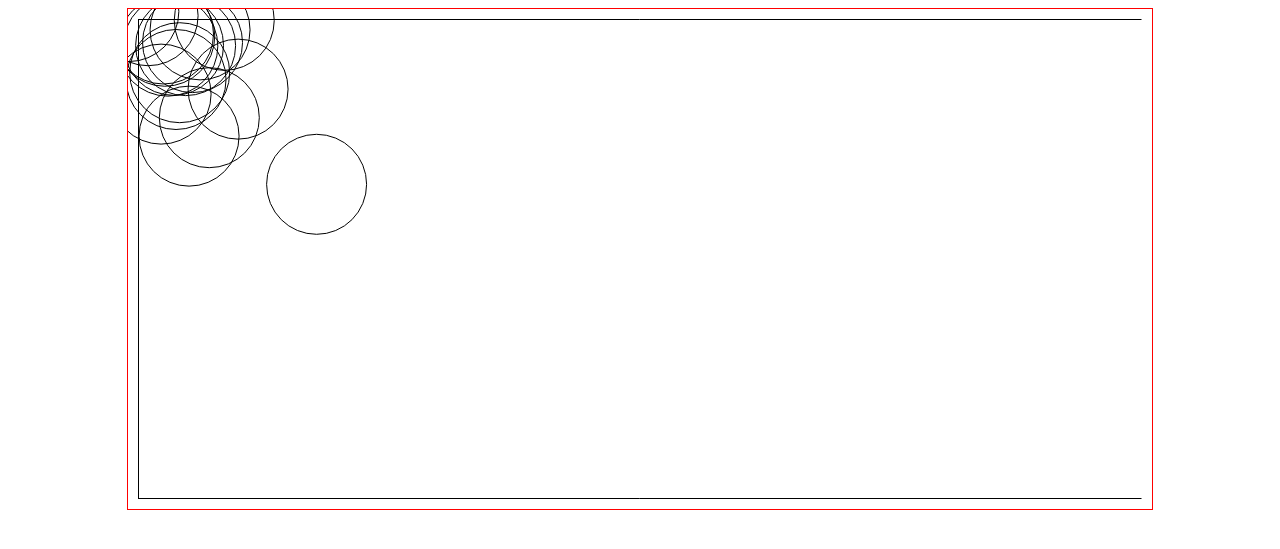
Repository: cw19931024/Demo
Page: canvas.html
The author's editor kept a copy of each file at every save. The page is drawn from the files as they stood at one save, then again after the next save.
The browser window is 1280 px wide. The pictures show the whole page.

Above is the page before, as saved 2017-07-27 11:22:12.

After the next save:
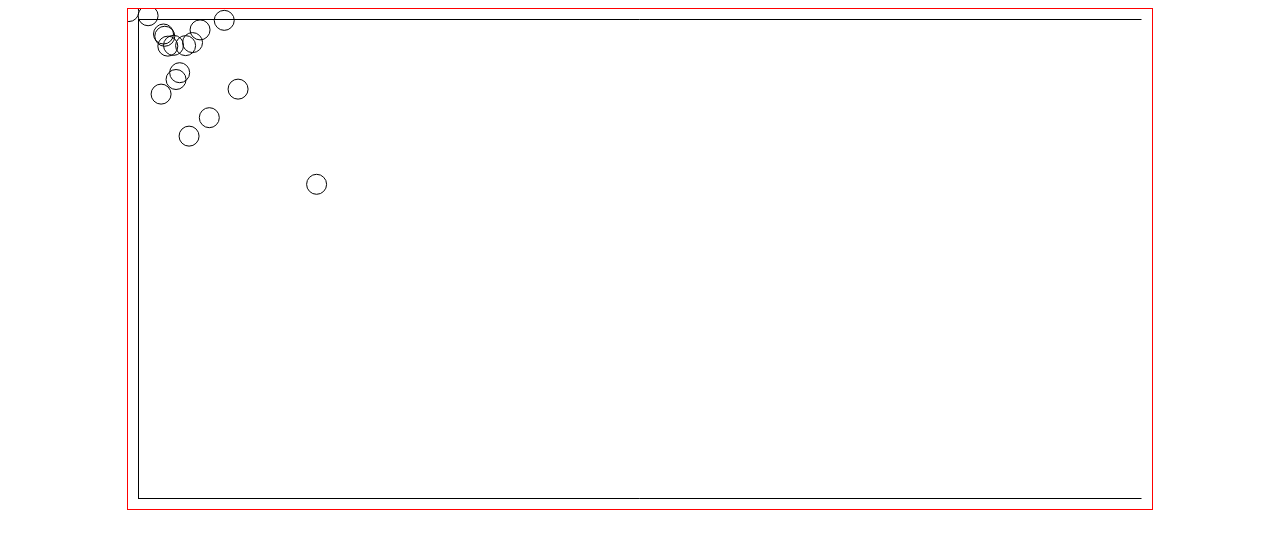
Saved 9 s later.
--- a/canvas.html
+++ b/canvas.html
@@ -63,7 +63,7 @@
 
     data.forEach(function(e){
         context.beginPath();
-        context.arc(e[0],e[1], 50, 0, Math.PI*2, true);
+        context.arc(e[0],e[1],10, 0, Math.PI*2, true);
         // Edit('arc',e[0],e[1],40,0)
         context.stroke();
     })
